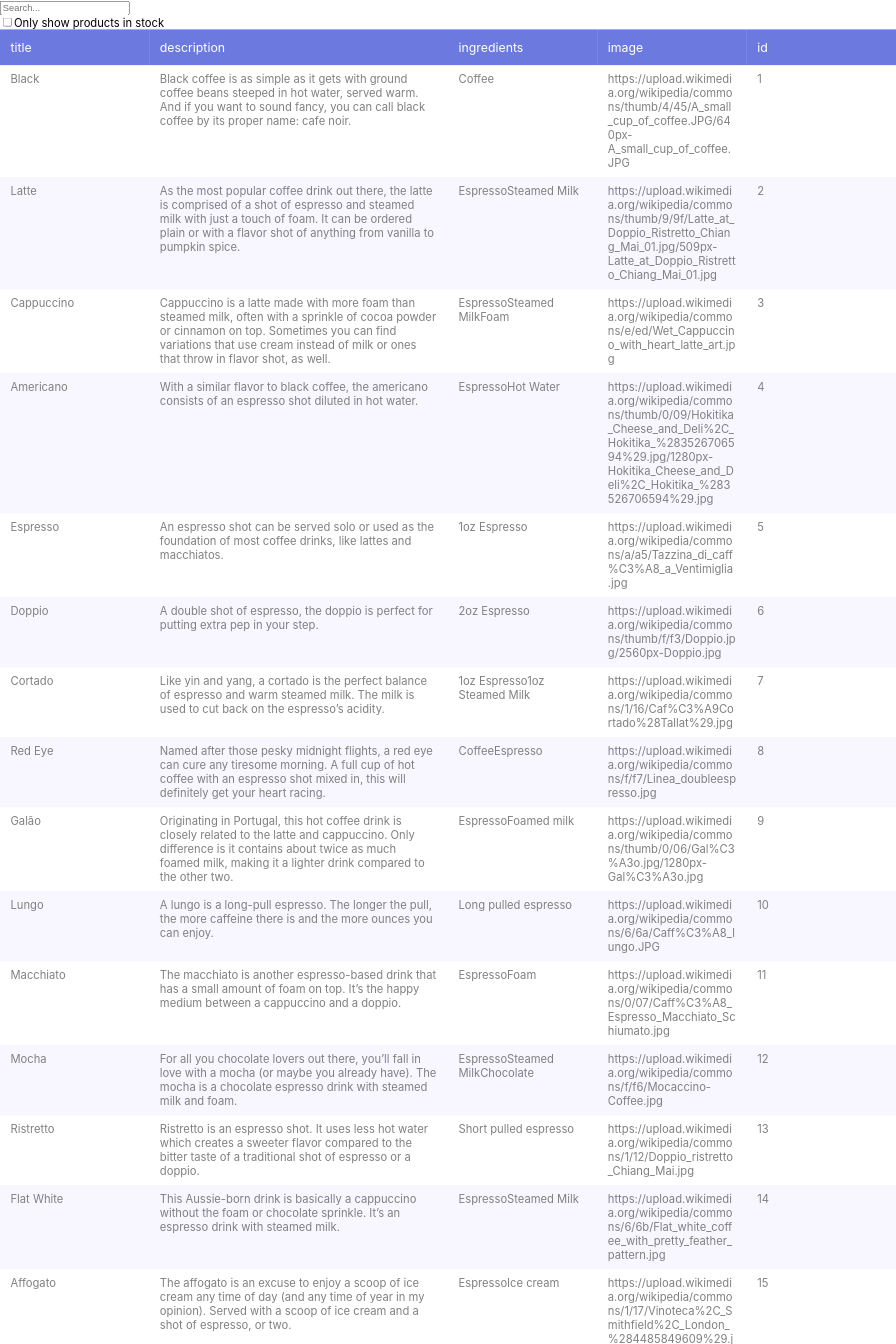
Repository: mariocapitbrok/reactjs-learn
Page: / (app in 05_filtered-data-table/)
The author's editor kept a copy of each file at every save. The page is drawn from the files as they stood at one save, then again after the next save.
The browser window is 1280 px wide. The pictures show the part of the page from y = 0 to 1920 px (the page is 2613 px tall before and 893 px after), at 70% of full size.
The project was rebuilt for these pictures with package versions that can differ from the ones it lists, and the page was loaded fresh each time.

Above is the page before, as saved 2023-02-26 02:44:03.

After the next save:
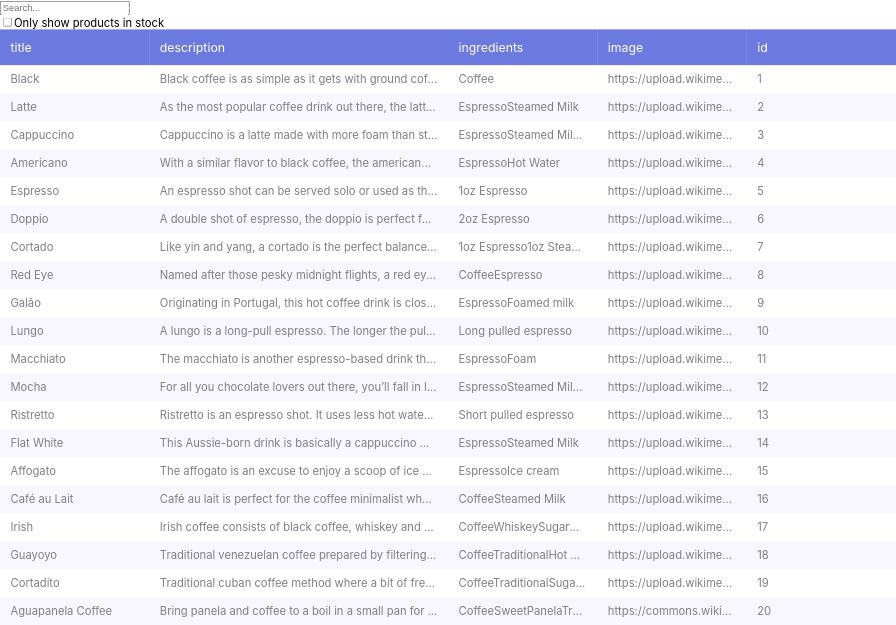
Saved 40 s later.
--- a/05_filtered-data-table/src/App.css
+++ b/05_filtered-data-table/src/App.css
@@ -68,8 +68,10 @@ tr {
 th,
 td {
   padding: 15px;
-
   overflow-wrap: break-word;
+  overflow: hidden;
+  text-overflow: ellipsis;
+  white-space: nowrap;
 }
 
 th {
